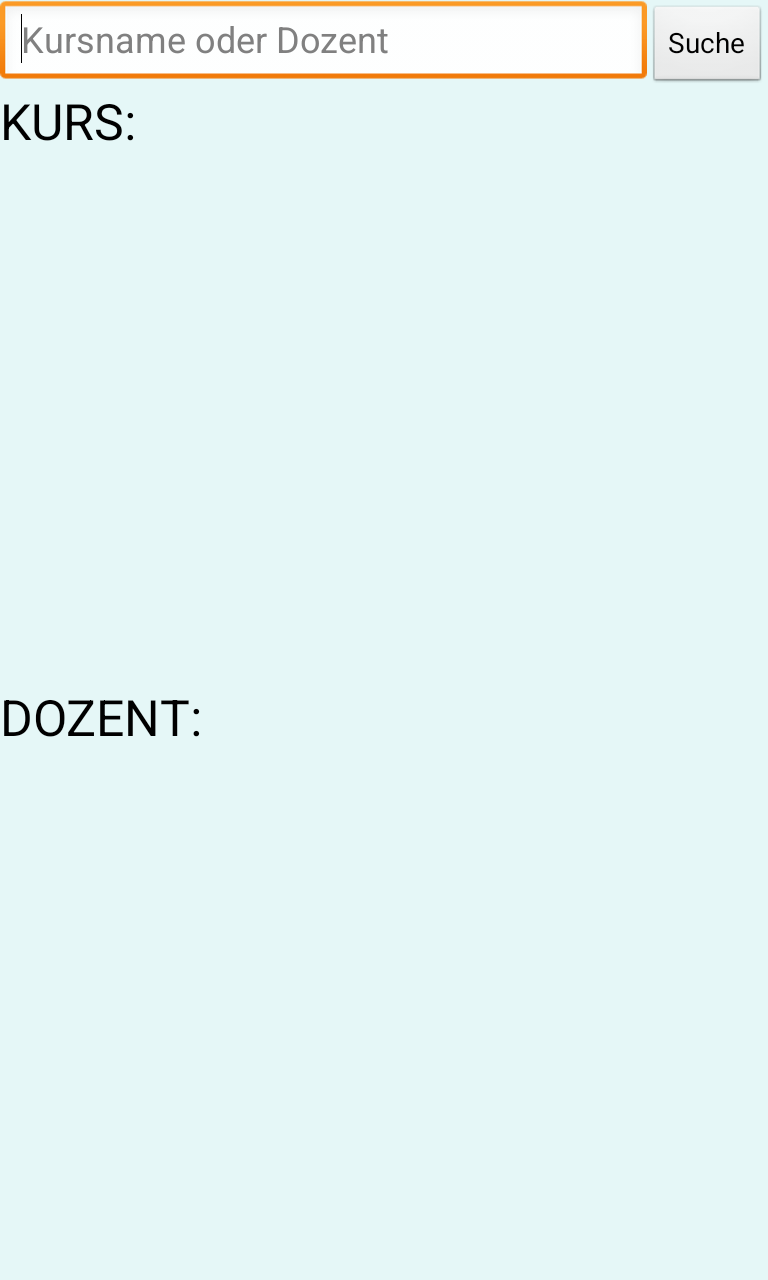
Repository: georgleber/IliConnect
Layout: IliConnect/res/layout/suche_layout.xml
An editor plug-in stored every save of this project. The layout is shown before and after the next save, followed by the edit.
It is drawn on a 768 x 1280 px phone screen (xhdpi) without system bars, with theme AppTheme; the app's code is not run. Lists and similar views that code fills are empty.

Above is the layout before, as saved 2012-12-18 23:27:35.

### IliConnect/res/layout/suche_layout.xml
<?xml version="1.0" encoding="utf-8"?>
<LinearLayout xmlns:android="http://schemas.android.com/apk/res/android"
    android:layout_width="match_parent"
    android:layout_height="match_parent"
    android:background="#E5F7F7"
    android:orientation="vertical" >

    <LinearLayout
        android:layout_width="match_parent"
        android:layout_height="wrap_content"
        android:layout_weight="0.1"
        android:orientation="horizontal" >

        <EditText
            android:id="@+id/editText1"
            android:layout_width="0dp"
            android:layout_height="wrap_content"
            android:layout_weight="1.51"
            android:ems="10"
            android:hint="@string/search_string"
            android:singleLine="true" >

            <requestFocus />
        </EditText>

        <Button
            android:id="@+id/search_button"
            android:layout_width="wrap_content"
            android:layout_height="wrap_content"
            android:text="@string/searching_button" />
    </LinearLayout>

    <LinearLayout
        android:layout_width="match_parent"
        android:layout_height="match_parent"
        android:layout_weight="0.9"
        android:orientation="vertical" >

        <LinearLayout
            android:layout_width="wrap_content"
            android:layout_height="wrap_content"
            android:layout_weight="0.5"
            android:orientation="vertical" >

            <TextView
                android:id="@+id/kurs_label"
                android:layout_width="match_parent"
                android:layout_height="wrap_content"
                android:text="@string/kurs_suche"
                android:textAppearance="?android:attr/textAppearanceMedium"
                android:textSize="25sp" />

            <ListView
                android:id="@+id/kurs_list"
                style="@style/ListView"
                android:layout_width="fill_parent"
                android:layout_height="fill_parent" >

            </ListView>
        </LinearLayout>

        <LinearLayout
            android:layout_width="wrap_content"
            android:layout_height="wrap_content"
            android:layout_weight="0.5"
            android:orientation="vertical" >

            <TextView
                android:id="@+id/dozent_suche_label"
                android:layout_width="match_parent"
                android:layout_height="wrap_content"

                android:text="@string/Dozent_suche"
                android:textAppearance="?android:attr/textAppearanceMedium"
                android:textSize="25sp" />

            <ListView
                android:id="@+id/dozent_list"
                style="@style/ListView"
                android:layout_width="wrap_content"
                android:layout_height="match_parent" >

            </ListView>
        </LinearLayout>

    </LinearLayout>

</LinearLayout>

### IliConnect/res/values/styles.xml
<resources xmlns:android="http://schemas.android.com/apk/res/android">

    <style name="AppTheme" parent="android:Theme.Light" />
    <style name="ListView">
        <item name="android:layout_width">fill_parent</item>
        <item name="android:layout_height">fill_parent</item>
        <item name="android:textColor">#000000</item>
        <item name="android:background">@color/mintFH</item>
        <item name="android:cacheColorHint">@color/mintFH</item>
        <item name="android:listSelector">@drawable/list_selector</item>
    </style>

</resources>

### IliConnect/res/values/strings.xml
<resources>

    <string name="app_name">IliConnect</string>
    <string name="hello_world">Hello world!</string>
    <string name="menu_settings">Settings</string>
    <string name="title_activity_main">IliConnect</string>
    <string name="passwort_label">"Passwort: "</string>
    <string name="Email_label">"ID: "</string>
    <string name="login_button">Login</string>
    <string name="passwort_hint">******</string>
    <string name="email_pre">userid</string>
    <string name="desc_logoright">FH-Aachen Logo</string>
	<string name="desc_head">Ilias Logo</string>
	<string name="logout">Logout</string>
	<string name="magazin">Magazin</string>
	<string name="uebersicht">Übersicht</string>
	<string name="account_logout">Logout</string>
	<string name="QR_Code">Scan QR Code</string>
	<string name="todo_liste">Todo Liste</string>
	<string name="Date">Montag 17.12.2012 Praktikum Fassbender</string>
	<string name="desc_seminar">Beschreibung:</string>
	<string name="desc_long">Dies ist ein Testseminar. Hier würde ihr Text stehen der das Seminar beschreibt.</string>
	<string name="search_string">Kursname oder Dozent</string>
	<string name="termine_string">Termine:</string>
	<string name="geaendertedateien_string">Geänderte Dateien:</string>
	<string name="qr_string">QR Scanner:</string>
	<string name="datum_praktikum">24.12.2012 Praktikum SWE</string>
	<string name="Testmessage">Testmeldung</string>
	<string name="stringurl">Url: </string>
	<string name="urlHint">www.ilias.de</string>
	<string name="logout_menu">Ausloggen</string>
	<string name="settings_menu">Einstellungen</string>
	<string name="sync_label">Synchronisation:</string>
	<string name="Sync_intervall">Intervall: </string>
	<string name="Wlan_snyc">"nur über Wlan: "</string>
	<string name="dates_sync">"Anzahl der Termine: "</string>
	<string name="Notifi_sync">"Benachrichtigungen: "</string>
	<string name="Warning_sync">"Warnung: "</string>
	<string name="Critical_sync">"Kritisch: "</string>
	<string name="sync_button">Synchronisieren</string>

	 <string-array name="array_intervall">
        <item>15 Min</item>
        <item>30 Min</item>
        <item>1 H</item>
        <item>2 H</item>
        <item>1 D</item>
    </string-array>
    <string-array name="array_termine">
        <item>1</item>
        <item>2</item>
        <item>3</item>
        <item>4</item>
        <item>5</item>
    </string-array>
    <string-array name="array_warnung">
        <item>3 D</item>
        <item>4 D</item>
        <item>5 D</item>
        <item>6 D</item>
    </string-array>
    <string-array name="array_Kritisch">
        <item>1 D</item>
        <item>2 D</item>
    </string-array>
        <string name="testdates">24.12.2012    16 Uhr</string>
        <string name="testpraktikum">Software Engineering Praktikum</string>
        <string name="testpraktikum2">25.12.2012    14 Uhr</string>
        <string name="testpraktikum3">Bildverarbeitung Praktikum</string>
        <string name="kurs_abmeldung">Abmelden</string>
        <string name="test_file">Aufgabe 1.pdf</string>
        <string name="kurs_suche">KURS:</string>
        <string name="Dozent_suche">DOZENT:</string>
        <string name="test_seminar">Physik</string>
        <string name="Join_kurs">Beitreten</string>
        <string name="dozent_fassbender">"Prof. Dr. rer. nat. Faßbender "</string>
        <string name="button_kurse">Kurse</string>
        <string name="searching_button">Suche</string>
        <string name="Kurs_default">Physik</string>

</resources>

### IliConnect/res/values/color.xml
<resources xmlns:android="http://schemas.android.com/apk/res/android">
    <color name="mintFH">#E5F7F7</color>
    <color name="darkmint">#00B1AC</color>
</resources>

### IliConnect/res/drawable/list_selector.xml
<?xml version="1.0" encoding="utf-8"?>
<selector xmlns:android="http://schemas.android.com/apk/res/android"
    android:background="#E5F7F7">
    <!-- touch down -->
    <item
        android:drawable="@drawable/list_selector_pressed"
        android:state_pressed="true"/>
    <!-- selected -->
    <item
        android:textColor="#000000"
        android:drawable="@drawable/list_selector_selected"
        android:state_selected="true"
        android:state_focused="false"
        android:state_pressed="false"/>
</selector>

### IliConnect/res/drawable/list_selector_pressed.xml
<?xml version="1.0" encoding="utf-8"?>
<layer-list xmlns:android="http://schemas.android.com/apk/res/android"
    android:background="#E5F7F7">
    <item>
        <shape android:shape="rectangle">
            <solid android:color="@color/darkmint"/>
            <size android:width="1dip"/>
            <size android:height="1dip"/>
        </shape>
    </item>
</layer-list>

### IliConnect/res/drawable/list_selector_selected.xml
<?xml version="1.0" encoding="utf-8"?>
<layer-list xmlns:android="http://schemas.android.com/apk/res/android"
    android:background="#E5F7F7">
    <item>
        <shape android:shape="rectangle">
            <solid android:color="@color/darkmint"/>
            <size android:width="1dip"/>
            <size android:height="1dip"/>
        </shape>
    </item>
</layer-list>

After the next save:
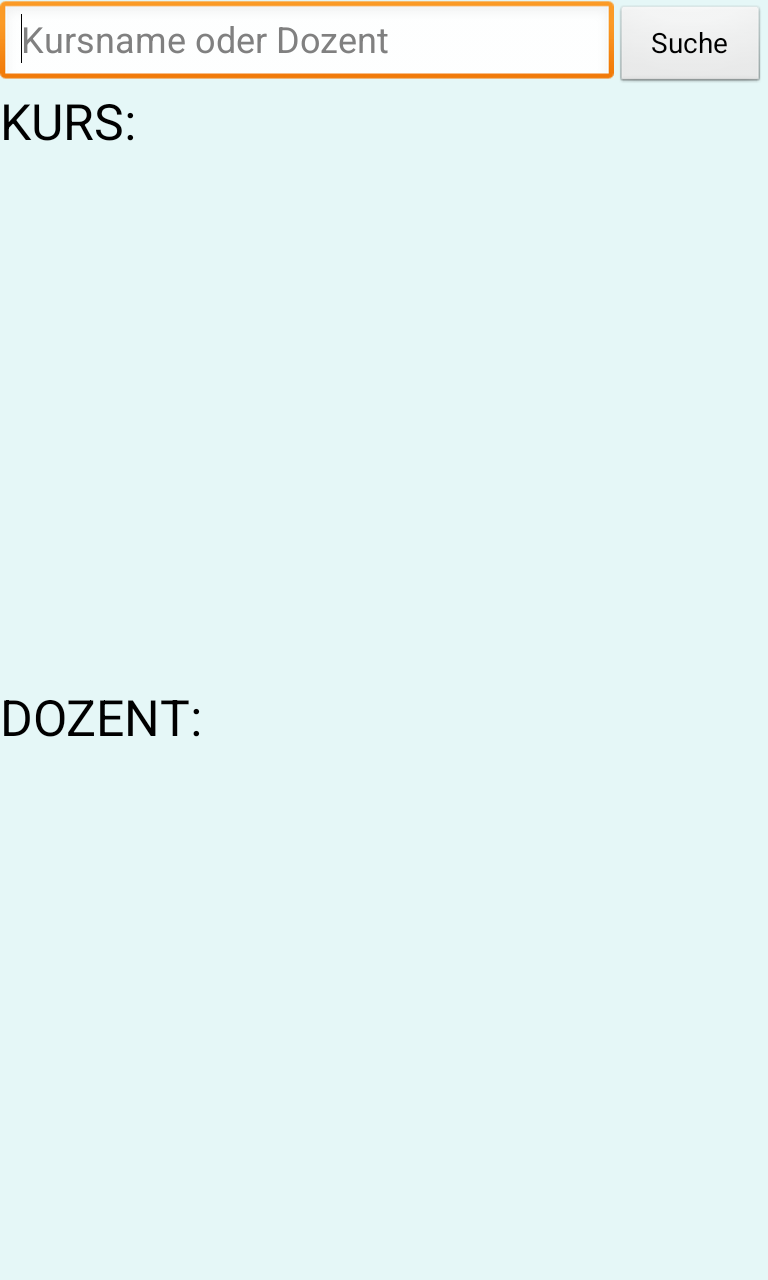
Saved 91 s later.
--- a/IliConnect/res/layout/suche_layout.xml
+++ b/IliConnect/res/layout/suche_layout.xml
@@ -3,7 +3,7 @@
     android:layout_width="match_parent"
     android:layout_height="match_parent"
     android:background="#E5F7F7"
-    android:orientation="vertical" >
+    android:orientation="vertical" xmlns:tools="http://schemas.android.com/tools" tools:ignore="NestedWeights">
 
     <LinearLayout
         android:layout_width="match_parent"
@@ -15,7 +15,7 @@
             android:id="@+id/editText1"
             android:layout_width="0dp"
             android:layout_height="wrap_content"
-            android:layout_weight="1.51"
+            android:layout_weight="0.95"
             android:ems="10"
             android:hint="@string/search_string"
             android:singleLine="true" >
@@ -27,7 +27,9 @@
             android:id="@+id/search_button"
             android:layout_width="wrap_content"
             android:layout_height="wrap_content"
+            android:layout_weight="0.05"
             android:text="@string/searching_button" />
+
     </LinearLayout>
 
     <LinearLayout
